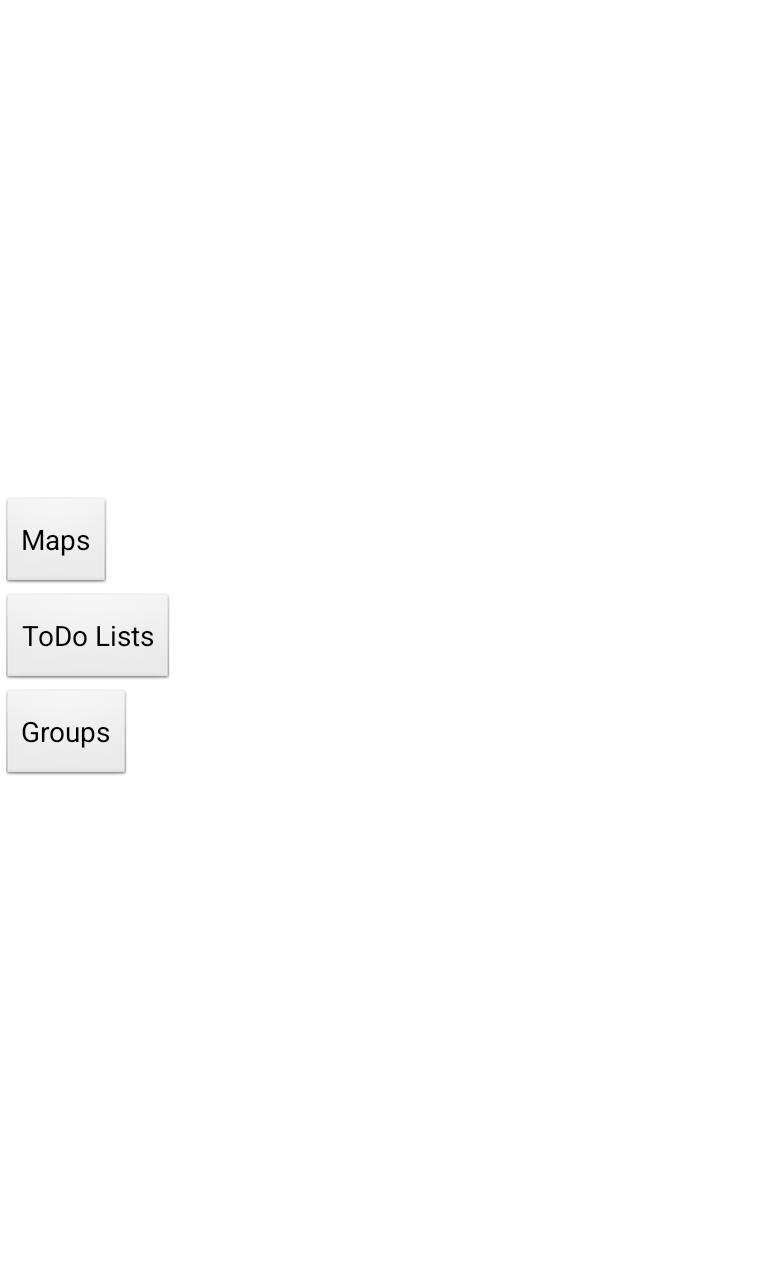
Repository: hilfialkaff/todo
Layout: ToDo_Replica/res/layout/main.xml
These files come from the project's save history. The layout is drawn as it stood at one moment and after a run of saves; the edit follows.
It is drawn on a 768 x 1280 px phone screen (xhdpi) without system bars, with theme CustomTheme; the app's code is not run.

Above is the layout before, as saved 2011-03-17 23:30:31.

After the next 2 saves:
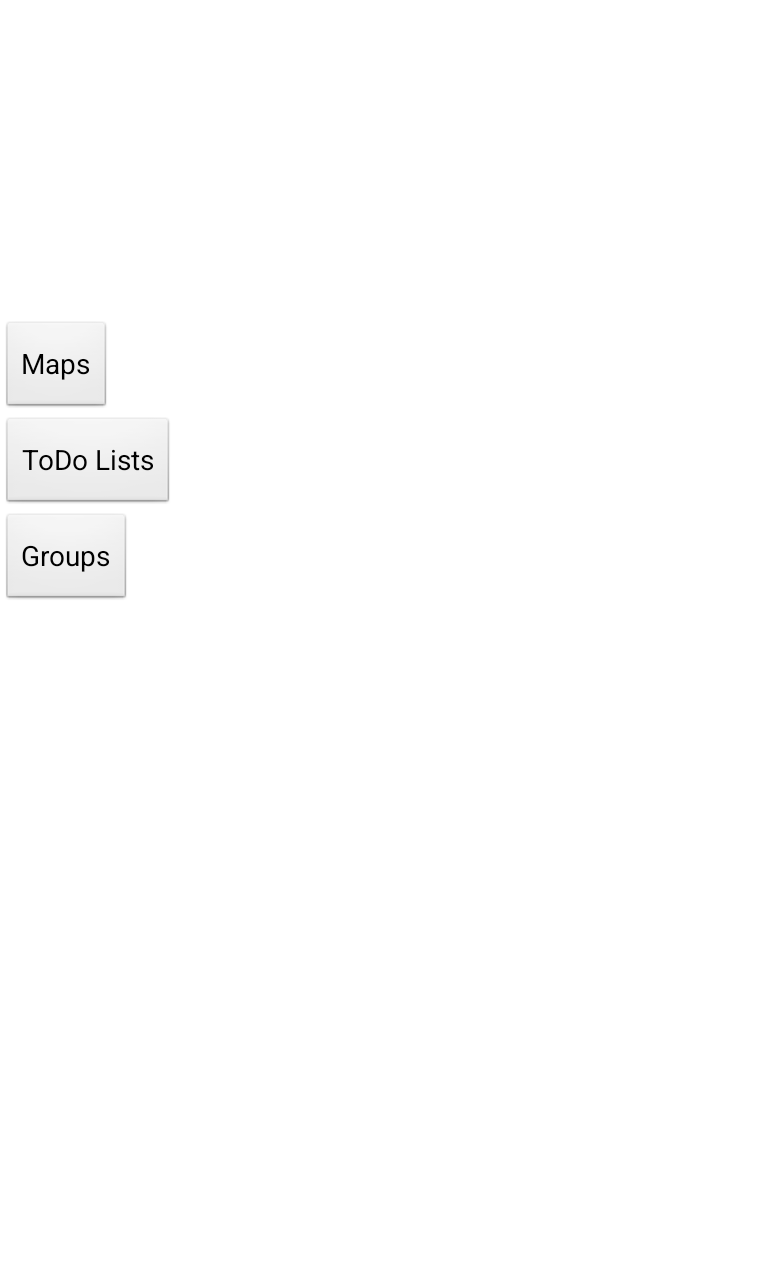
The 2 saves are shown as one change because they came seconds apart.
The last was saved 2 min 29 s later.
--- a/ToDo_Replica/res/layout/main.xml
+++ b/ToDo_Replica/res/layout/main.xml
@@ -8,7 +8,8 @@
     <ImageView
 		android:id="@+id/iv_background"
 		android:layout_width="wrap_content"
-		android:layout_height="wrap_content">
+		android:layout_height="wrap_content"
+		android:layout_centerInParent="true">
 	</ImageView>
 	<Button
 		android:id="@+id/b_maps"

After the save that followed:
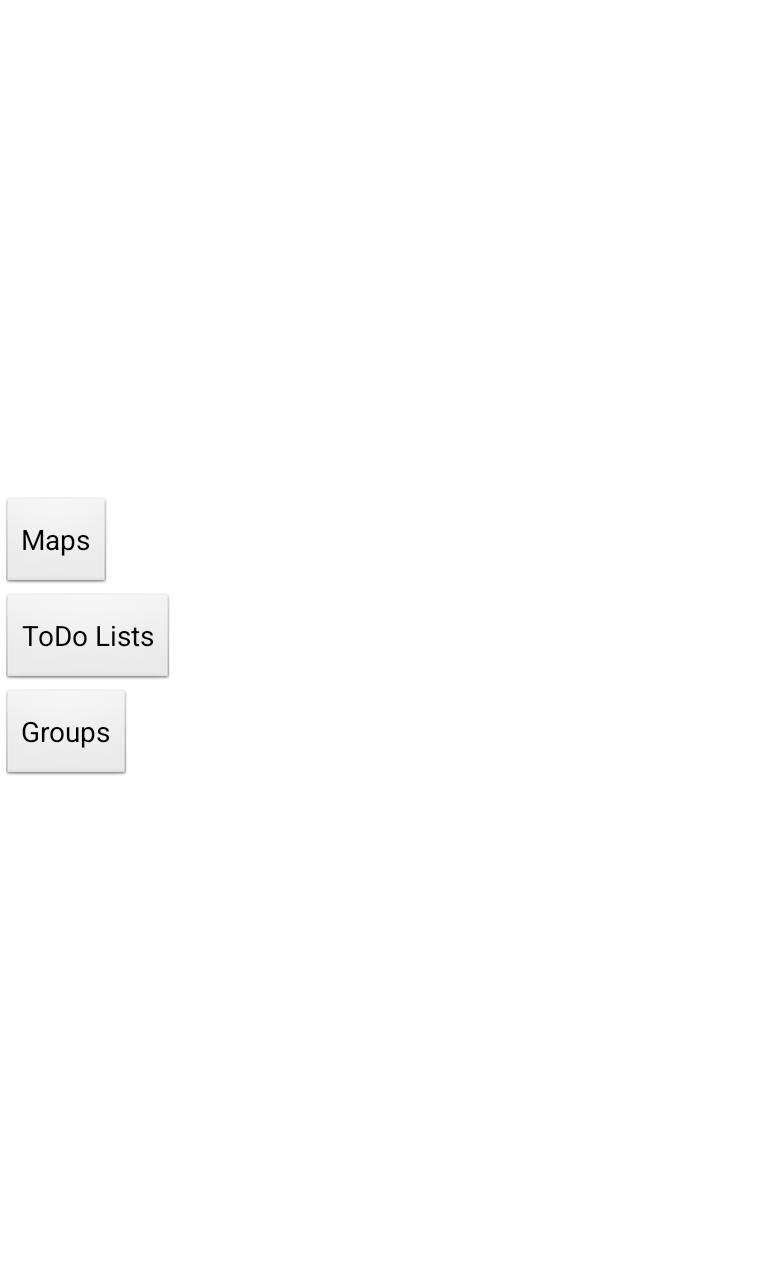
Saved 56 s later.
--- a/ToDo_Replica/res/layout/main.xml
+++ b/ToDo_Replica/res/layout/main.xml
@@ -9,7 +9,7 @@
 		android:id="@+id/iv_background"
 		android:layout_width="wrap_content"
 		android:layout_height="wrap_content"
-		android:layout_centerInParent="true">
+		android:layout_alignParentLeft="true">
 	</ImageView>
 	<Button
 		android:id="@+id/b_maps"
